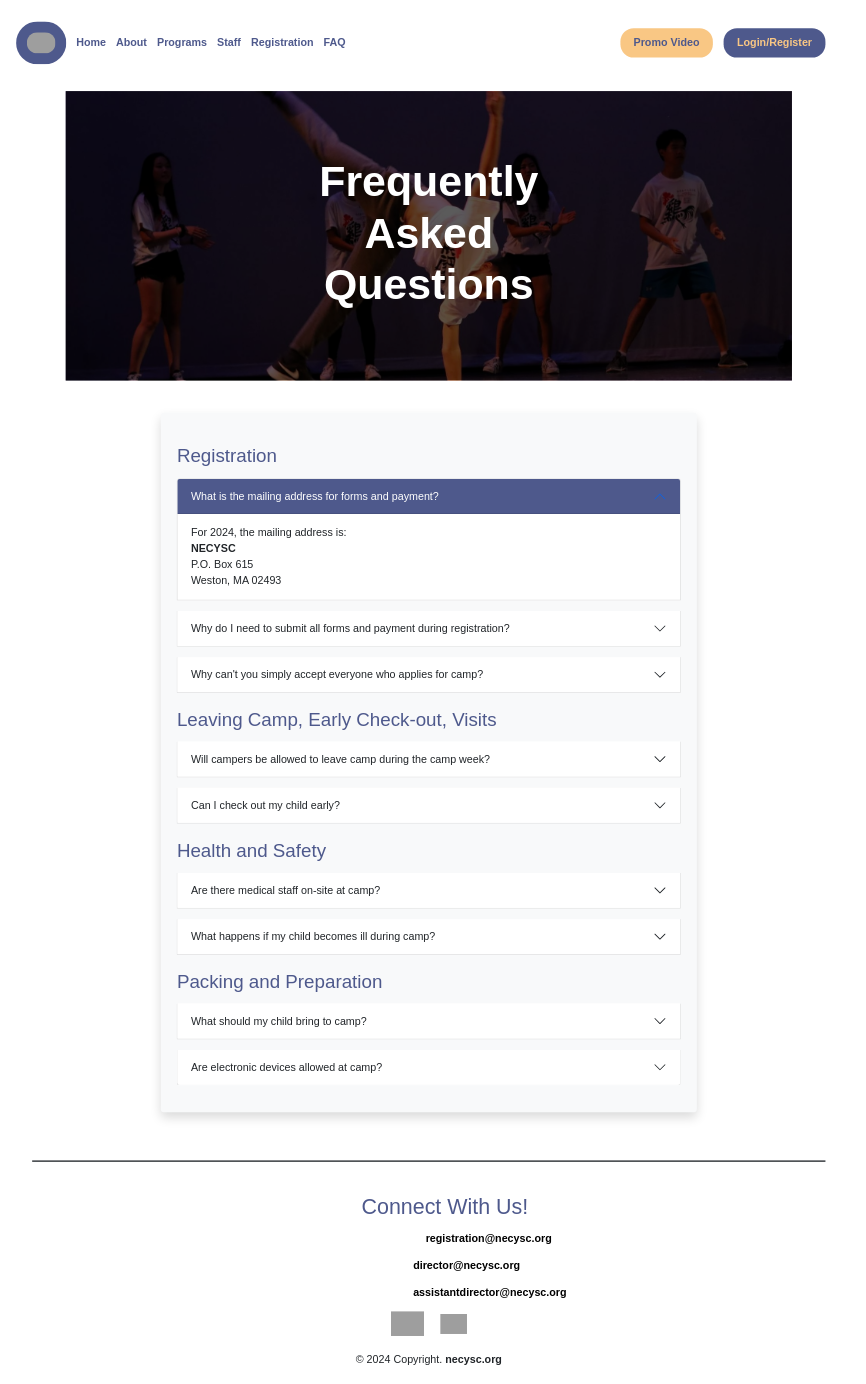
Repository: fullstackatbrown/project-necysc
Page: necysc_app/templates/necysc_app/website/faq.html
These files come from the project's save history. The page is drawn as it stood at one moment and after a run of saves; the edit follows.
The browser window is 1280 px wide. The page is 1292 px wide, so the pictures cover 1292 px, including what lies to the right of the window. The pictures show the whole page, at 67% of full size.
Pictures or frames that could not be fetched are drawn as grey boxes. Some web fonts or font styles are not loaded; a fallback is used. The template is drawn by Django 5.2. The application's start-up code is not run. The template is opened directly, without the code that normally fills it, so the values that code supplies are empty.

Above is the page before, as saved 2024-12-04 01:43:58.

After the next 2 saves:
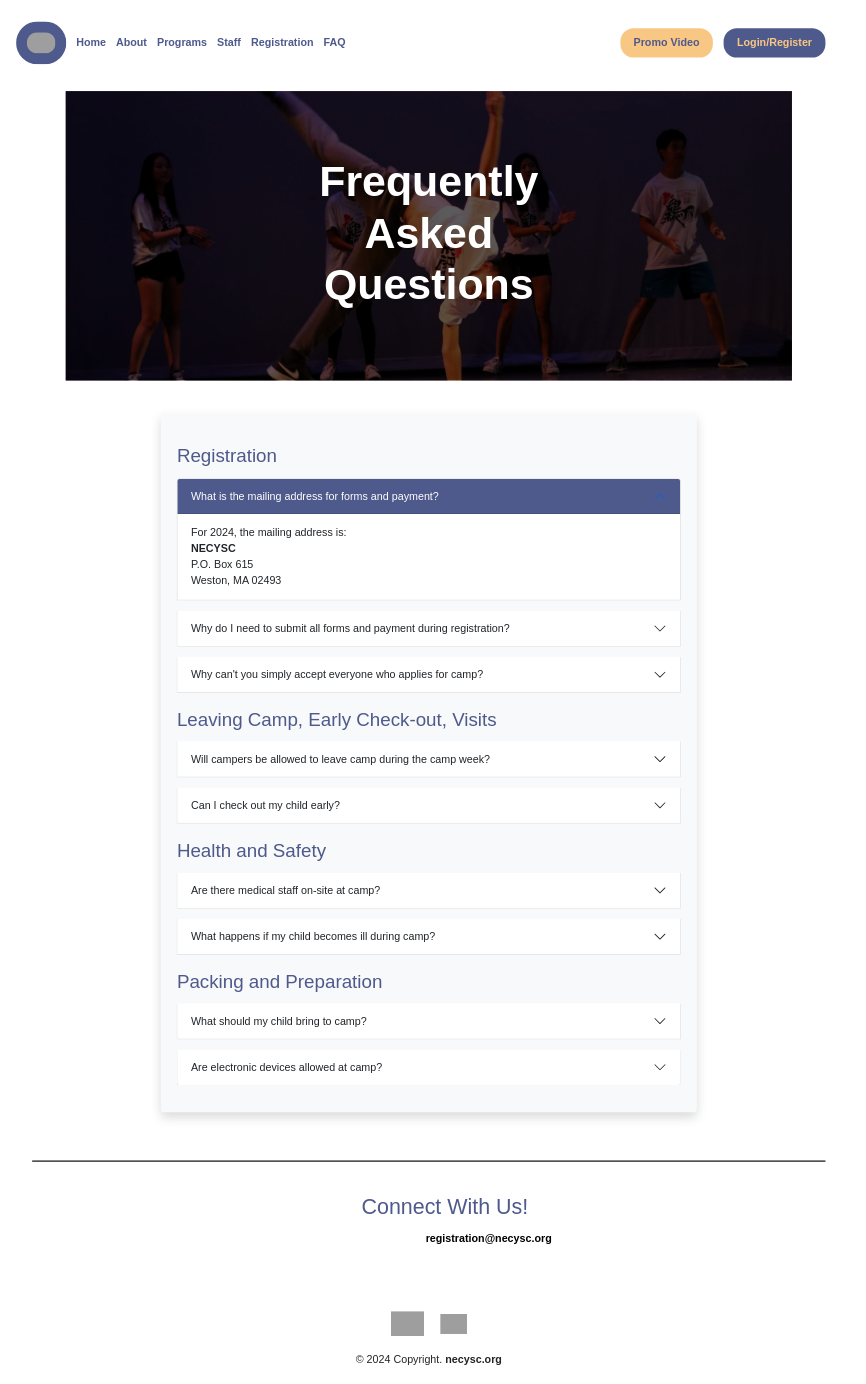
The 2 saves are shown as one change because they came seconds apart.
The last was saved 11 s later.
--- a/necysc_app/templates/necysc_app/footer.html
+++ b/necysc_app/templates/necysc_app/footer.html
@@ -7,10 +7,10 @@
     <a href="mailto:registration@necysc.org" style="color: black">registration@necysc.org</a>
   </p>
   <p class="ps-5 text-center" style="color: white;"> Director:
-    <a href="mailto:registration@necysc.org" style="color: black">director@necysc.org</a>
+    <a href="mailto:registration@necysc.org" style="color: white">director@necysc.org</a>
   </p>
   <p class="ps-5 text-center" style="color: white;"> Assistant Director:
-    <a href="mailto:registration@necysc.org" style="color: black">assistantdirector@necysc.org</a>
+    <a href="mailto:registration@necysc.org" style="color: white">assistantdirector@necysc.org</a>
   </p>
 
   <div class="row text-center align-items-center justify-content-center">
